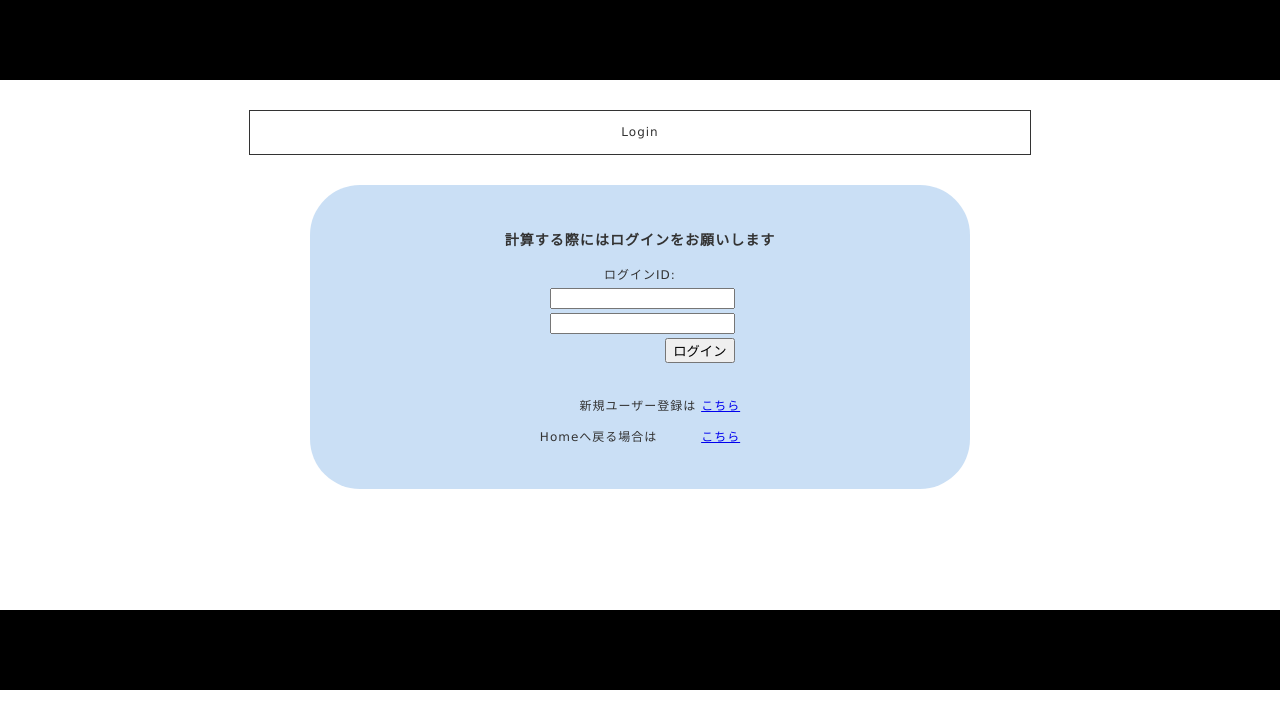
Repository: HattoriKotaro19920408/Keisanchan
Page: http://localhost/Keisanchan/HomeAction.action
These files come from the project's save history. The page is drawn as it stood at one moment and after the next save; the edit follows.
The browser window is 1280 px wide. The pictures show the whole page.
The page is served by Tomcat 9. Other server files are loaded and not shown.

Above is the page before, as saved 2018-08-29 04:18:16.

### Keisanchan/WebContent/login.jsp
<%@ page language="java" contentType="text/html; charset=UTF-8"
    pageEncoding="UTF-8"%>
<%@ taglib prefix="s" uri="/struts-tags" %>
<!DOCTYPE html PUBLIC "-//W3C//DTD HTML 4.01 Transitional//EN" "http://www.w3.org/TR/html4/loose.dtd">
<html>
<head>
<meta http-equiv="Content-Type" content="text/html; charset=utf-8" />
<meta http-equiv="Content-Style-Type" content="text/css" />
<meta http-equiv="Content-Script-Type" content="text/javascript" />
<meta http-equiv="imagetoolbar" content="no" />
<meta name="description" content="" />
<meta name="keywords" content="" />
<title>Login画面</title>
<style type="text/css">
    body{
      margin:0;
      padding:0;
      line-height:1.6;
      letter-spacing:1px;
      font-family:Verdana, Helvetica, sans-serif;
      font-size:12px;
      color:#333;
      background:#fff;
    }
    table{
      text-align:center;
      margin:0 auto;
    }
    #top{
      width:780px;
      margin:30px auto;
      border:1px solid #333;
    }
    #header{
      width:100%;
      height:80px;
      background-color:black;
    }
    #main{
      width:100%;
      height:500px;
      text-align:center;

    }
    #footer{
      width:100%;
      height:80px;
      background-color:black;
      clear:both;
    }
    #text-link{
      display:inline-block;
      text-align:right;
    }
    img.pic{
    }
    .sub{
    font-family=たぬき油性マジック;
      width: 600px;
	height: auto;
	margin:0 auto;
	padding: 30px;

	background-color: skyblue;
	border-radius: 50px;
	background: rgba(149, 192, 236, 0.5);
	text-align:center;
    }
    h3{
     font-family:油性たぬきマジック;
    }
    loginUserId{
    float:left;
    }
</style>
</head>
<body>

   <div id="header">
       <div id="pr">
       </div>
   </div>
   <div id = "main">
       <div id="top">
          <p>Login</p>
       </div>
       <div class="sub">
        <h3>計算する際にはログインをお願いします</h3>
         <div class="login"> <s:label value="ログインID:" /></div>

          <s:form action="LoginAction">
              <s:textfield name="loginUserId"/>
              <s:password name="loginPassword"/>
              <s:submit value="ログイン"/>
       </s:form>
<!--          <div class="keisan"> -->
<!-- 		              <img src=img/keisan.PNG class="pic"> -->
<!-- 	     </div> -->
       <br/>
       <div id="text-link">
          <p>新規ユーザー登録は
              <a href='<s:url action="CreateUserAction"/>'>こちら</a></p>
          <p>Homeへ戻る場合は
        　　　<a href='<s:url action="GoHomeAction"/>'>こちら</a></p>
       </div>
       </div>
   </div>
   <div id="footer">
       <div id="pr">
       </div>
   </div>




</body>
</html>

After the next save:
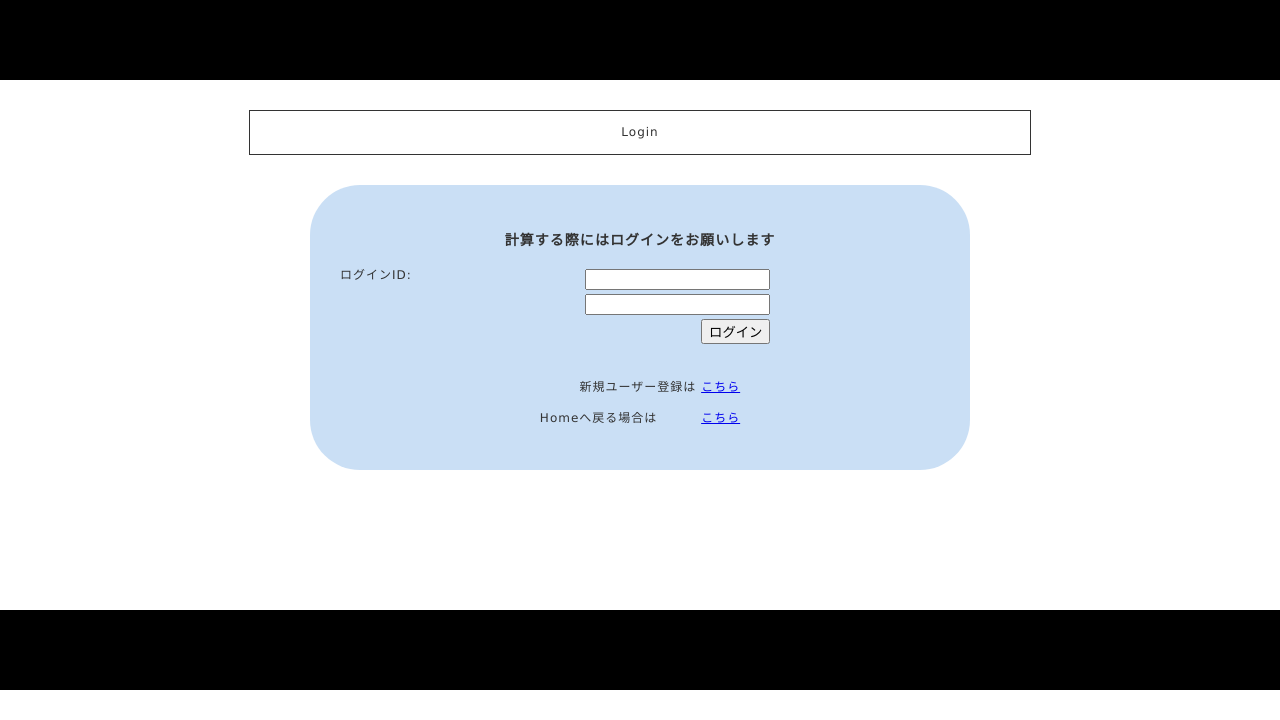
Saved 23 s later.
--- a/Keisanchan/WebContent/login.jsp
+++ b/Keisanchan/WebContent/login.jsp
@@ -69,8 +69,8 @@
     h3{
      font-family:油性たぬきマジック;
     }
-    loginUserId{
-    float:left;
+    .login{
+      float:left;
     }
 </style>
 </head>
